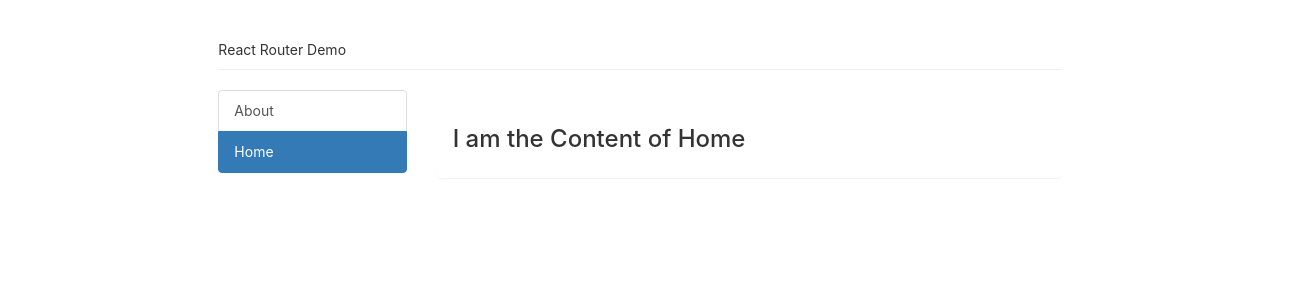
Repository: wenxi0504/Pubsub220113
Page: /home (app in githubsearch/)
The author's editor kept a copy of each file at every save. The page is drawn from the files as they stood at one save, then again after the next save.
The browser window is 1280 px wide. The page is 1295 px wide, so the pictures cover 1295 px, including what lies to the right of the window. The pictures show the whole page.
The project was rebuilt for these pictures with package versions that can differ from the ones it lists, and the page was loaded fresh each time. Also part of the build but not shown: githubsearch/src/pages/About/index.js.

Above is the page before, as saved 2022-01-17 20:02:58.

After the next save:
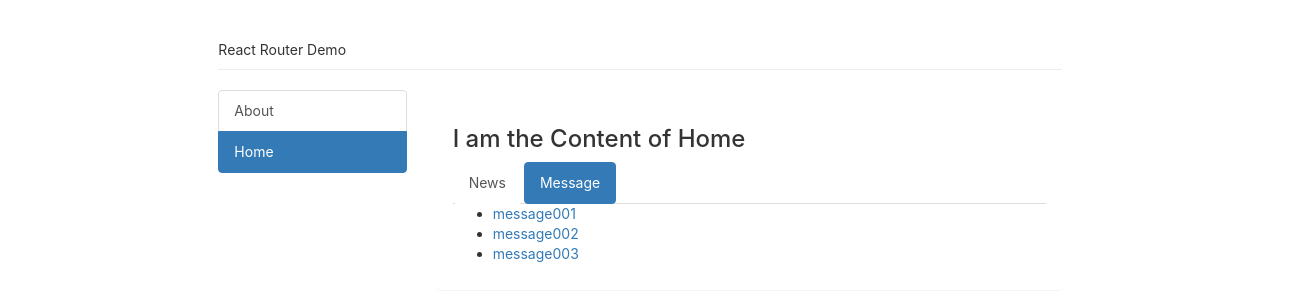
Saved 16 min 54 s later.
--- a/githubsearch/src/pages/Home/index.js
+++ b/githubsearch/src/pages/Home/index.js
@@ -1,11 +1,38 @@
-import React, { Component } from 'react'
+import React, { Component } from "react";
 
 export default class Home extends Component {
-    render() {
-        return (
-
-                <h3>I am the Content of Home</h3>
-
-        )
-    }
+  render() {
+    return (
+      <div>
+        <h3>I am the Content of Home</h3>
+        <div>
+          <ul class="nav nav-tabs">
+            <li>
+              <a class="list-group-item" href="./home-news.html">
+                News
+              </a>
+            </li>
+            <li>
+              <a class="list-group-item active" href="./home-message.html">
+                Message
+              </a>
+            </li>
+          </ul>
+          <div>
+            <ul>
+              <li>
+                <a href="/message1">message001</a>&nbsp;&nbsp;
+              </li>
+              <li>
+                <a href="/message2">message002</a>&nbsp;&nbsp;
+              </li>
+              <li>
+                <a href="/message/3">message003</a>&nbsp;&nbsp;
+              </li>
+            </ul>
+          </div>
+        </div>
+      </div>
+    );
+  }
 }
